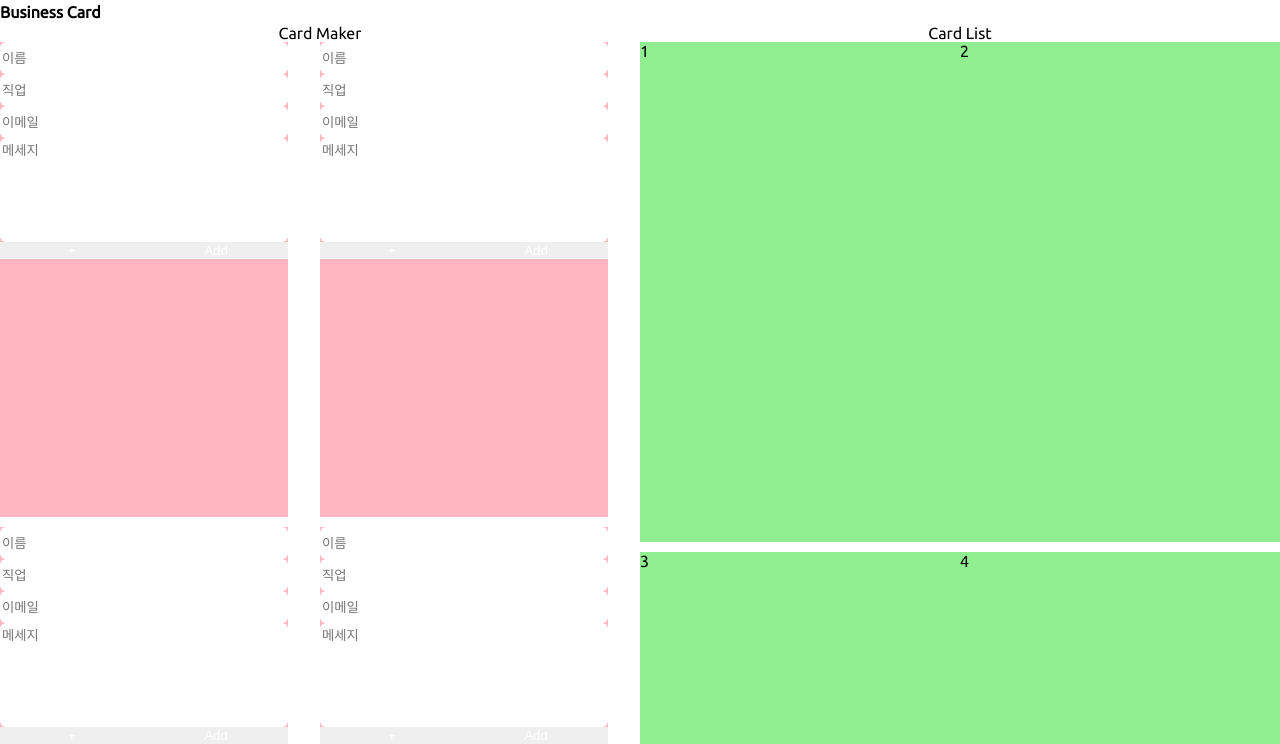
Repository: momo0170/react_businesscard
Page: /main
The author's editor kept a copy of each file at every save. The page is drawn from the files as they stood at one save, then again after the next save.
The browser window is 1280 px wide. The pictures show the whole page.
The page's requests for data from a server got no answer. The project was rebuilt for these pictures with package versions that can differ from the ones it lists, and the page was loaded fresh each time. No one was signed in, and anything a server would have sent is missing. Also part of the build but not shown: src/css/login.module.css, src/route/login.jsx.

Above is the page before, as saved 2022-08-14 21:27:44.

After the next save:
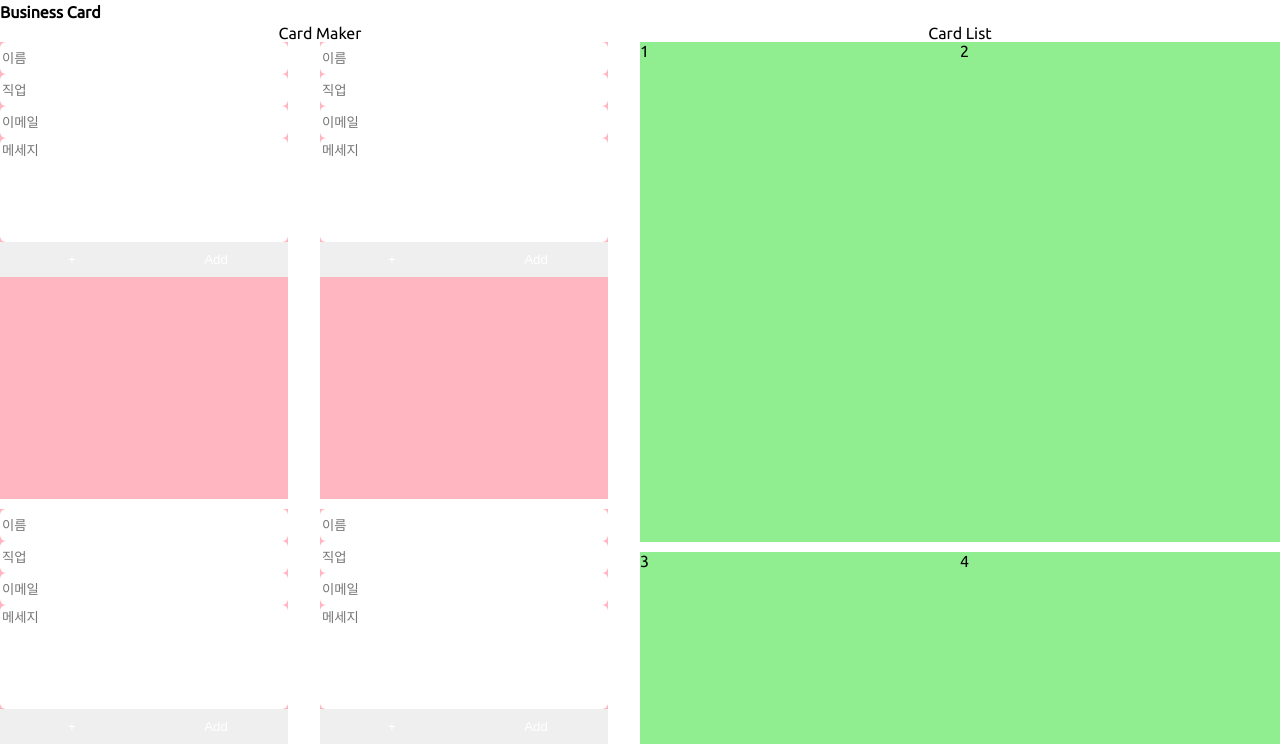
Saved 10 s later.
--- a/src/css/cardMaker.module.css
+++ b/src/css/cardMaker.module.css
@@ -51,6 +51,7 @@
   cursor: pointer;
   flex: 1 1 50%;
   color: white;
+  padding: 10px 10px;
 }
 
 .photoBtn {

After the save that followed:
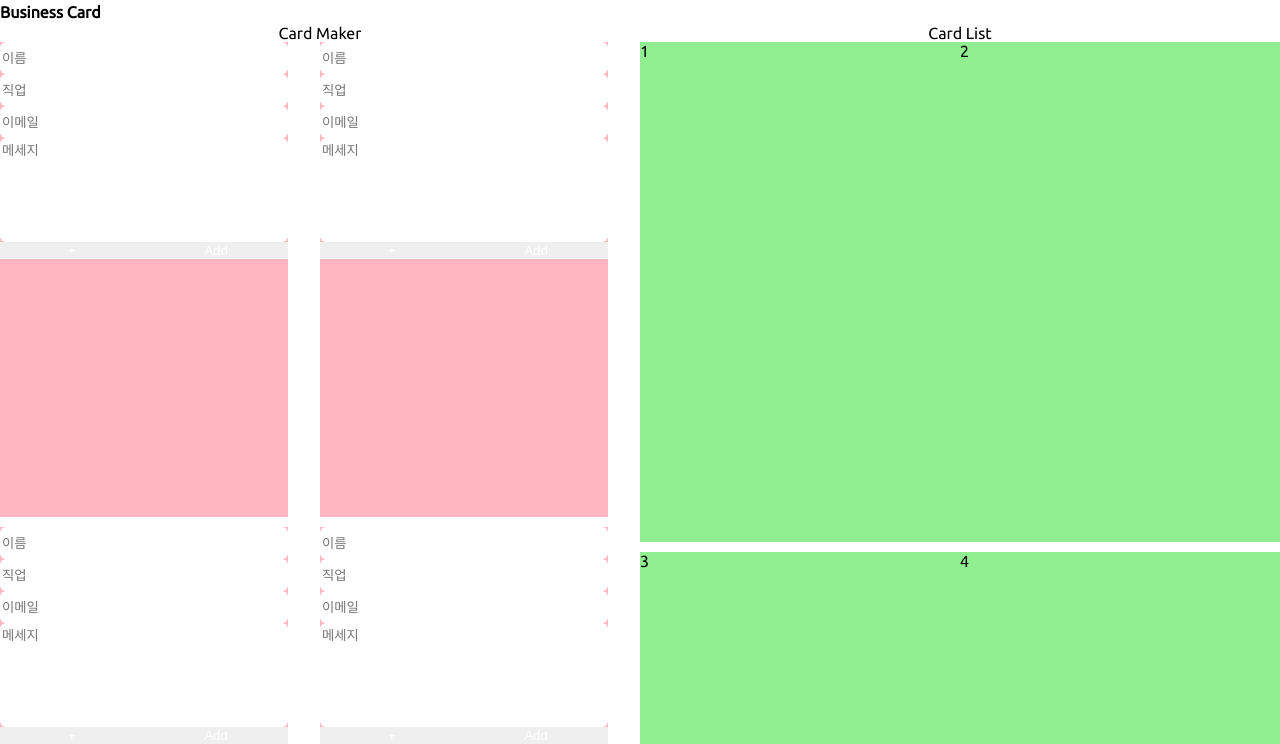
Saved 6 s later.
--- a/src/css/cardMaker.module.css
+++ b/src/css/cardMaker.module.css
@@ -51,7 +51,6 @@
   cursor: pointer;
   flex: 1 1 50%;
   color: white;
-  padding: 10px 10px;
 }
 
 .photoBtn {
